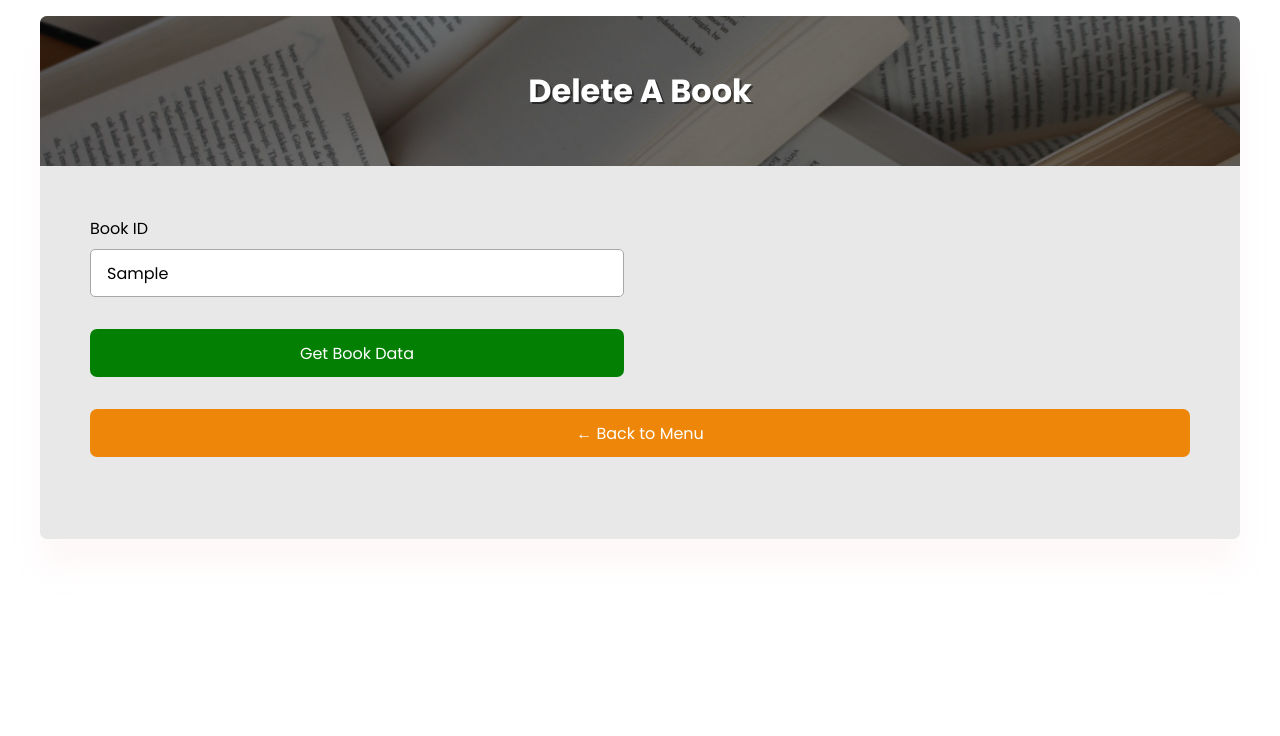
Repository: kcvijay/node_advanced_books
Page: booksSPA/public/pages/deleteBook.html
An editor plug-in stored every save of this project. The page is shown before and after the next save, followed by the edit.
The browser window is 1280 px wide. The pictures show the whole page.
Empty fields were first filled with sample values (such as "Sample", 5 or name@example.com).
After loading, the first visible `#getData` was clicked once.
The page's requests for data from a server got no answer.

Above is the page before, as saved 2023-03-08 18:58:03.

### booksSPA/public/pages/deleteBook.html
<!DOCTYPE html>
<html lang="en">
  <head>
    <meta charset="UTF-8" />
    <meta http-equiv="X-UA-Compatible" content="IE=edge" />
    <meta name="viewport" content="width=device-width, initial-scale=1.0" />
    <title>Delete A Book</title>
    <link rel="stylesheet" href="../styles/styles.css" />
  </head>
  <body>
    <div class="main-wrapper">
      <div class="heading">
        <h1>Delete A Book</h1>
      </div>
      <div class="data-field">
        <form>
          <div>
            <label for="id">Book ID</label>
            <input type="text" id="id" name="id" />
          </div>
          <div></div>
          <button type="submit" id="getData" class="primary-btn">
            Get Book Data
          </button>
        </form>
        <form id="show-data-field" style="margin-top: 32px; display: none">
          <div>
            <label for="name">Book Name</label>
            <input
              type="text"
              id="name"
              name="name"
              placeholder="Ex. HTML for Dummies"
              autocomplete="off"
              disabled
            />
          </div>
          <div>
            <label for="author">Author</label>
            <input
              type="text"
              id="author"
              name="author"
              placeholder="Ex. John Doe"
              autocomplete="off"
              disabled
            />
          </div>
          <div>
            <label for="genre">Genre</label>
            <input
              type="text"
              id="genre"
              name="genre"
              placeholder="Ex. Fiction"
              autocomplete="off"
              disabled
            />
          </div>
          <div>
            <label for="type">Type</label>
            <input
              type="text"
              id="type"
              name="type"
              placeholder="Ex. Softcover"
              autocomplete="off"
              disabled
            />
          </div>
        </form>
        <div id="messagearea"></div>
        <div>
          <button
            class="primary-btn"
            type="submit"
            id="submit"
            style="margin-top: 32px; display: none"
          >
            Delete
          </button>
        </div>
        <div>
          <a href="/" class="secondary-btn">&larr;&nbsp;Back to Menu</a>
        </div>
      </div>
    </div>
    <script src="/js/deleteBookHandler.js"></script>
  </body>
</html>

### booksSPA/public/styles/styles.css
@import url("https://fonts.googleapis.com/css2?family=Poppins:wght@400;700&display=swap");

* {
  margin: 0;
  padding: 0;
  box-sizing: border-box;
}

body {
  max-width: 100vw;
  min-height: 100vh;
  font-family: "Poppins", sans-serif;
}

.main-wrapper {
  max-width: 1200px;
  background: #e8e8e8;
  margin: 16px auto;
  border-radius: 7px;
  box-shadow: 0 30px 30px rgba(241, 182, 182, 0.1);
  overflow: hidden;
  transition: all 0.3s ease;
}

.heading {
  background: linear-gradient(rgba(0, 0, 0, 0.4), rgba(0, 0, 0, 0.4)),
    url("../assets/books.jpeg");
  background-position: center;
  background-size: cover;
  background-repeat: no-repeat;
  height: 150px;
  display: flex;
  justify-content: center;
  align-items: center;
}

h1 {
  position: relative;
  color: #fff;
  text-shadow: 2px 2px rgba(0, 0, 0, 0.5);
}

.data-field {
  padding: 50px;
}

input,
textarea,
button {
  font-family: inherit;
  font-size: 16px;
}

input:disabled {
  background-color: #c3bfbf;
  cursor: no-drop;
}
input:disabled:focus {
  outline: none;
}

form {
  display: grid;
  grid-template-columns: 1fr 1fr;
  gap: 32px;
  justify-items: start;
  transition: all 0.3s ease-in-out;
}

form div {
  width: 100%;
}

form label {
  display: inline-block;
  width: 100px;
  margin-bottom: 8px;
}

form input {
  height: 48px;
  width: 100%;
  padding: 0 16px;
  border: 1px solid #a7a7a7;
  border-radius: 5px;
  transition: all 0.3s ease;
}

form input:focus {
  outline: 3px solid #ee870978;
  border: none;
}

.button-set {
  display: grid;
  grid-template-columns: 1fr 1fr;
  gap: 32px;
}

.button-set div .primary-btn {
  display: block;
  width: 100%;
  text-decoration: none;
  display: flex;
  justify-content: center;
  align-items: center;
}

button:hover,
button:active {
  filter: brightness(0.9);
}

.button-set {
  margin-top: 32px;
}

.primary-btn {
  display: flex;
  justify-content: center;
  align-items: center;
  width: 100%;
  height: 48px;
  background-color: #038003;
  text-decoration: none;
  padding: 8px 60px;
  color: #fff;
  border: none;
  border-radius: 7px;
  cursor: pointer;
  transition: all 0.3s ease;
}

.secondary-btn {
  display: flex;
  justify-content: center;
  align-items: center;
  height: 48px;
  margin: 32px 0;
  background-color: #ee8709;
  text-decoration: none;
  padding: 8px 60px;
  color: #fff;
  border: none;
  border-radius: 7px;
  cursor: pointer;
  transition: all 0.3s ease;
}

#messagearea {
  position: absolute;
  left: 0;
  top: 0;
  width: 100vw;
  height: 100vh;
  background-color: rgba(0, 0, 0, 0.7);
  display: none;
  justify-content: center;
  align-items: center;
  z-index: 999;
}

#messagearea p {
  background-color: #fff;
  padding: 32px;
}

/**** TABLE ****/

.table-field {
  overflow-x: auto;
}

table {
  margin: 0 auto;
  max-width: fit-content;
}
thead {
  background: #038003;
  color: #fff;
}
th,
td {
  width: 250px;
  height: 48px;
  padding: 16px;
}

tr:nth-child(odd) {
  background: #ee870945;
}

tr:nth-child(even) {
  background: #ee87095e;
}

tr:last-child td:first-child {
  border-radius: 0 0 0 7px;
}

tr:last-child td:last-child {
  border-radius: 0 0 7px 0;
}

th:not(:first-child) {
  text-align: left;
}

th:first-child {
  border-radius: 7px 0 0 0;
}

th:last-child {
  text-align: center;
  border-radius: 0 7px 0 0;
}

td {
  padding-left: 16px;
}

td:first-child,
td:last-child {
  text-align: center;
}

@media screen and (max-width: 700px) {
  .main-wrapper {
    margin: 0 16px;
  }
  form {
    grid-template-columns: 1fr;
  }

  .data-field {
    padding: 18px;
  }

  .table-field {
    overflow-x: auto;
  }

  table {
    font-size: 14px;
  }

  .button-set {
    grid-template-columns: 1fr;
  }

  .button-set div a {
    display: block;
    width: 100%;
  }
}

### booksSPA/public/js/deleteBookHandler.js
"use strict";

(function () {
  let inputField;
  let showDataField;
  let titleField;
  let authorField;
  let genreField;
  let typeField;
  let getDataField;
  let messageField;
  let submit;

  inputField = document.querySelector("#id");
  showDataField = document.querySelector("#show-data-field");
  titleField = document.querySelector("#name");
  authorField = document.querySelector("#author");
  genreField = document.querySelector("#genre");
  typeField = document.querySelector("#type");
  getDataField = document.querySelector("#getData");
  messageField = document.querySelector("#messagearea");
  submit = document.querySelector("#submit");

  getDataField.addEventListener("click", (e) => {
    e.preventDefault();
    confirmBookData();
  });

  async function confirmBookData() {
    const id = inputField.value;

    try {
      if (inputField.value.trim().length > 0) {
        const data = await fetch(`http://localhost:4000/api/books/${id}`, {
          mode: "cors",
        });

        const result = await data.json();
        console.log("clikced");

        showBookData(result);

        function showBookData(book) {
          showDataField.style.display = "block";
          submit.style.display = "block";
          titleField.value = book.name;
          authorField.value = book.author;
          genreField.value = book.genre;
          typeField.value = book.type;
        }
      } else {
        alert("Please insert book ID first.");
      }

      // if (result) {
      //   if (result.message) {
      //     updateMessage(result.message, result.type);
      //   } else {
      //     showBookData(result);
      //   }
      // }
    } catch (err) {
      updateMessage(err.message, "error");
    }
  }

  // async function send() {
  //   const id = inputField.value;

  //   try {
  //     const options = {
  //       method: "DELETE",
  //       mode: "cors",
  //     };

  //     const data = await fetch(
  //       `http://localhost:4000/api/books/${id}`,
  //       options
  //     );

  //     const result = await data.json();
  //     showBookData(result);

  //     console.log(result);

  //     //   if (result) {
  //     //     if (result.message) {
  //     //       updateMessage(result.message, result.type);
  //     //     } else {
  //     //       showBookData(result);
  //     //     }
  //     //   }
  //   } catch (err) {
  //     updateMessage(err.message, "error");
  //   }
  // }

  function updateMessage(message, type) {
    //   messageField.style.display = "flex";
    messageField.innerHTML = `<p class="error>${message}</p>`;
    messageField.setAttribute("class", type);
  }
})();

After the next save:
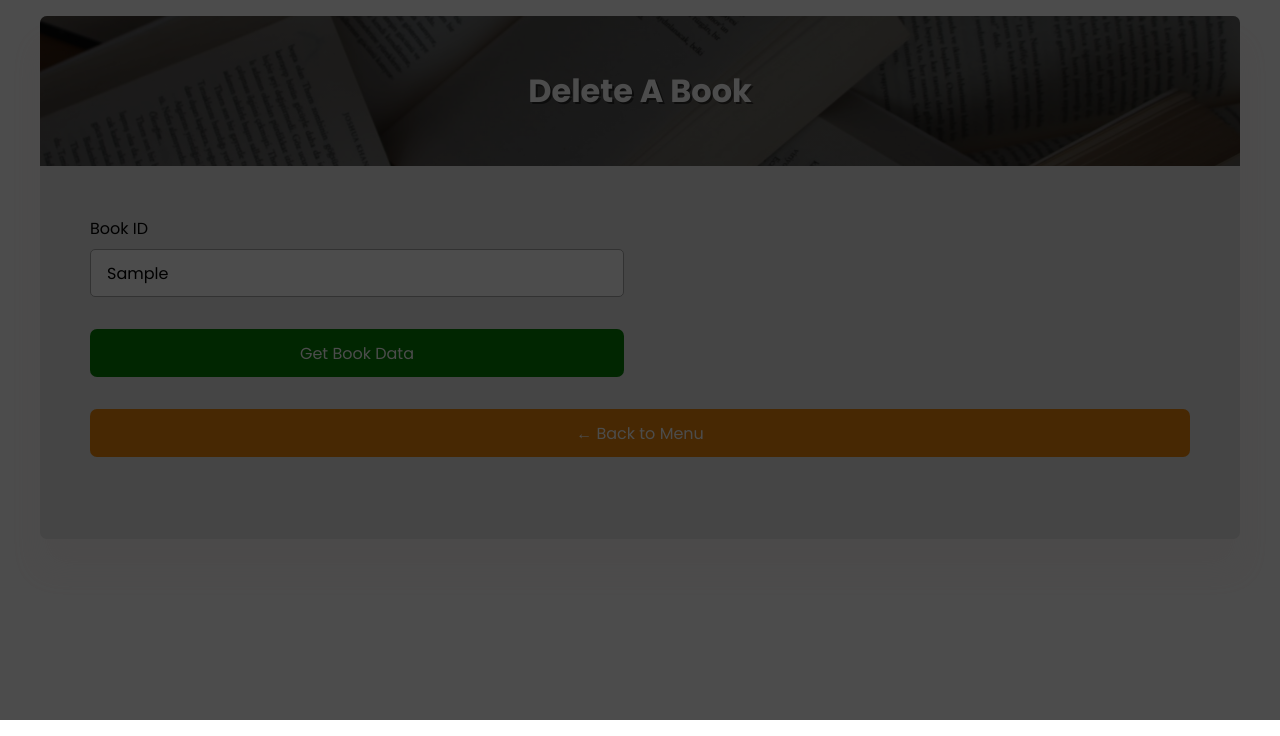
Saved 110 s later.
--- a/booksSPA/public/js/deleteBookHandler.js
+++ b/booksSPA/public/js/deleteBookHandler.js
@@ -41,7 +41,7 @@
         showBookData(result);
 
         function showBookData(book) {
-          showDataField.style.display = "block";
+          showDataField.style.display = "flex";
           submit.style.display = "block";
           titleField.value = book.name;
           authorField.value = book.author;
@@ -96,7 +96,7 @@
   // }
 
   function updateMessage(message, type) {
-    //   messageField.style.display = "flex";
+    messageField.style.display = "flex";
     messageField.innerHTML = `<p class="error>${message}</p>`;
     messageField.setAttribute("class", type);
   }
